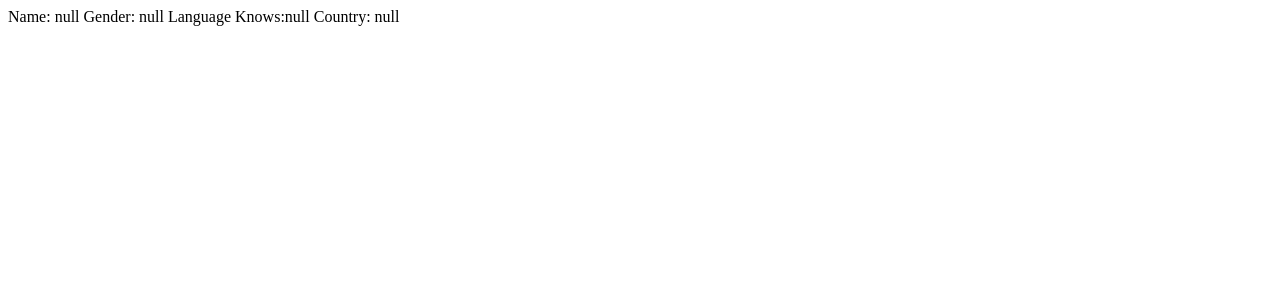
Repository: SurajPawar15-smart/JAVAProjects
Page: http://localhost/FormUnderServlet/sumbit.jsp
These files come from the project's save history. The page is drawn as it stood at one moment and after the next save; the edit follows.
The browser window is 1280 px wide. The pictures show the whole page.
The page is served by Tomcat 9.

Above is the page before, as saved 2020-09-30 20:28:21.

### FormUnderServlet/WebContent/sumbit.jsp
<%@ page language="java" contentType="text/html; charset=ISO-8859-1"
    pageEncoding="ISO-8859-1"%>
<!DOCTYPE html PUBLIC "-//W3C//DTD HTML 4.01 Transitional//EN" "http://www.w3.org/TR/html4/loose.dtd">
<html>
<head>
<meta http-equiv="Content-Type" content="text/html; charset=ISO-8859-1">
<title>Submit</title>
</head>
<body>
Name: <%= request.getParameter("name") %>
Gender: <%= request.getParameter("gender") %>
Language Knows:<%= request.getParameter("language") %>
Country: <%= request.getParameter("country") %>




</body>
</html>

After the next save:
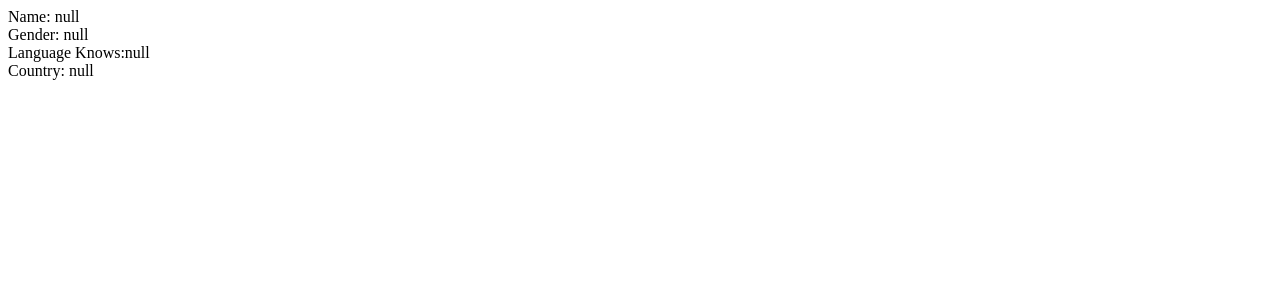
Saved 36 s later.
--- a/FormUnderServlet/WebContent/sumbit.jsp
+++ b/FormUnderServlet/WebContent/sumbit.jsp
@@ -7,10 +7,10 @@
 <title>Submit</title>
 </head>
 <body>
-Name: <%= request.getParameter("name") %>
-Gender: <%= request.getParameter("gender") %>
-Language Knows:<%= request.getParameter("language") %>
-Country: <%= request.getParameter("country") %>
+Name: <%= request.getParameter("name") %><br>
+Gender: <%= request.getParameter("gender") %><br>
+Language Knows:<%= request.getParameter("language") %><br>
+Country: <%= request.getParameter("country") %><br>
 
 
 
